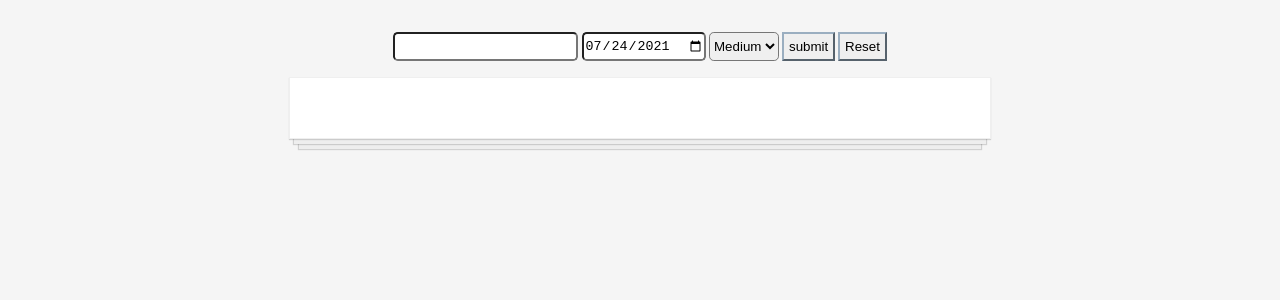
Repository: 0101chaitanya/react-todo
Page: /
An editor plug-in stored every save of this project. The page is shown before and after a run of saves, followed by the edit.
The browser window is 1280 px wide. The pictures show the whole page.
The project was rebuilt for these pictures with package versions that can differ from the ones it lists, and the page was loaded fresh each time. Also part of the build but not shown: src/components/TodoItem.js.

Above is the page before, as saved 2021-07-24 16:39:23.

### src/index.js
import React from "react";
import ReactDOM from "react-dom";
import "./index.css";
import App from "./App";
import reportWebVitals from "./reportWebVitals";
import css from "./App.css";

ReactDOM.render(
  <React.StrictMode>
    <App />
  </React.StrictMode>,
  document.getElementById("root")
);

// If you want to start measuring performance in your app, pass a function
// to log results (for example: reportWebVitals(console.log))
// or send to an analytics endpoint. Learn more: https://bit.ly/CRA-vitals
reportWebVitals();

### src/App.js
import React, { Component } from "react";
import TodoState from "./components/todoState";
import InputForm from "./components/InputForm";
import uniqid from "uniqid";
import { format } from "date-fns";
import css from "./App.css";
class App extends Component {
  constructor() {
    super();
    this.handleSubmit = this.handleSubmit.bind(this);
    this.state = {
      tasksArray: JSON.parse(localStorage.getItem("tasksArray")) ?? [],
    };
  }
  handleSubmit(e, input, context) {
    input.id = uniqid();

    e.preventDefault();
    this.setState(
      (prevState) => ({
        tasksArray: prevState.tasksArray.concat(input),
      }),
      () => {
        localStorage.setItem(
          "tasksArray",
          JSON.stringify(this.state.tasksArray)
        );
      }
    );

    console.log(this.state.tasksArray);
    //e.target.reset();
    e.target.submit();
  }

  render() {
    //localStorage.removeItem("tasksArray");
    //localStorage.clear();
    localStorage.setItem("tasksArray", JSON.stringify(this.state.tasksArray));
    console.log(this.state.tasksArray);

    //console.log(JSON.parse(localStorage.getItem("tasksArray")));
    return (
      <div>
        <InputForm
          className="input-form"
          //item={this.cache}
          //handleNoSubmission={this.handleNoSubmission}
          handleSubmit={this.handleSubmit}
        />
        <TodoState tasksArray={this.state.tasksArray} />
      </div>
    );
  }
}

export default App;

### src/App.css
body {
  background-color: whitesmoke;
}

.todo-list {
  background-color: white;
  margin: auto;
  width: 50%;
  display: flex;
  flex-direction: column;
  align-items: center;
  border: 1px solid #efefef;
  box-shadow:
    /* The top layer shadow */ 0 1px 1px rgba(0, 0, 0, 0.15),
    /* The second layer */ 0 10px 0 -5px #eee,
    /* The second layer shadow */ 0 10px 1px -4px rgba(0, 0, 0, 0.15),
    /* The third layer */ 0 20px 0 -10px #eee,
    /* The third layer shadow */ 0 20px 1px -9px rgba(0, 0, 0, 0.15);
  padding: 30px;
}

.todo-item {
  display: flex;
  justify-content: flex-start;
  align-items: center;
  padding: 30px 20px 0;
  width: 70%;
  border-bottom: 1px solid #cecece;
  font-family: Roboto, sans-serif;
  font-weight: 100;
  font-size: 15px;
  color: #333333;
}

input[type="checkbox"] {
  margin-right: 10px;
  font-size: 30px;
}

input[type="checkbox"]:focus {
  outline: 0;
}

.input-form {
  font-size: 1.2rem;
  display: grid;
  justify-content: center;
  position: relative;
  top: 2rem;
  margin-bottom: 3rem;
  grid-auto-flow: column;
  grid-gap: 0.2rem;
}
.input-form > * {
  border-radius: 0.3rem;
}
button,
input[type="submit"],
input[type="reset"] {
  padding: 0.3rem;
  border-color: rgb(154, 174, 192);
}

### src/components/todoState.js
import React from "react";
import TodoItem from "./TodoItem";
import css from "../App.css";
class TodoState extends React.Component {
  constructor(props) {
    super(props);
    this.state = {
      todos: this.props.tasksArray || [],
    };
    this.handleChange = this.handleChange.bind(this);
    //this.handleSubmit = this.handleSubmit.bind(this);
    this.deleteTask = this.deleteTask.bind(this);
    this.callSubmit = this.callSubmit.bind(this);
  }
  callSubmit(e, id, sentState) {
    this.setState(
      (prevState) => {
        const newTd = prevState.todos.map((todo) => {
          if (todo.id === id) {
            todo = sentState;
            return todo;
          } else {
            return todo;
          }
        });
        console.log(newTd);

        return {
          todos: newTd,
        };
      },
      (e) =>
        localStorage.setItem("tasksArray", JSON.stringify(this.state.todos))
    );
  }

  deleteTask(e, id) {
    this.setState(
      (prevState) => {
        const newTd = prevState.todos.filter((todo) => {
          return todo.id === id ? false : todo;
        });
        console.log(newTd);

        return {
          todos: newTd,
        };
      },
      (e) =>
        localStorage.setItem("tasksArray", JSON.stringify(this.state.todos))
    );
  }
  handleChange(id) {
    this.setState(
      (prevState) => {
        const newTodos = prevState.todos.map((todo) => {
          if (todo.id === id) {
            return {
              ...todo,
              completed: !todo.completed,
            };
          }
          return todo;
        });
        return {
          todos: newTodos,
        };
      },
      (e) =>
        localStorage.setItem("tasksArray", JSON.stringify(this.state.todos))
    );
  }
  render() {
    const todoItems = this.state.todos.map((item) => (
      <TodoItem
        key={item.id}
        item={item}
        callSubmit={this.callSubmit}
        deleteTask={this.deleteTask}
        handleChange={this.handleChange}
      />
    ));

    return (
      <div>
        <div className="todo-list">{todoItems}</div>
      </div>
    );
  }
}

export default TodoState;

### src/components/InputForm.js
import React from "react";
import uniqid from "uniqid";
import parseISO from "date-fns/parseISO";
import differenceInDays from "date-fns/differenceInDays";
import { format } from "date-fns";

class InputForm extends React.Component {
  constructor(props) {
    super(props);
    this.state = this.props.item || {
      description: "",
      date: format(new Date(), "yyyy-MM-dd"),
      priority: "medium",
      completed: false,
    };
    this.handleChange = this.handleChange.bind(this);
  }

  handleChange(e) {
    const { name, value } = e.target;
    this.setState({
      ...this.state,

      [name]: value,
    });
  }

  render() {
    const bin = this.props.item;

    return (
      <form
        className="input-form"
        onSubmit={(e) => {
          this.props.handleSubmit(e, this.state, this);
          this.setState({
            description: "",
            date: format(new Date(), "yyyy-MM-dd"),
            priority: "medium",
            id: uniqid(),
            priorityTags: ["medium"],
            dateTags: [],
            completed: false,
          });
        }}
        onReset={(e) => {
          //e.preventDefault();
          this.setState({
            state: bin,
          });
        }}
      >
        <input
          onChange={this.handleChange}
          value={this.state.description}
          name="description"
          type="text"
          required
        />
        <input
          required
          onChange={this.handleChange}
          value={this.state.date}
          name="date"
          type="date"
        />
        <select
          onChange={this.handleChange}
          value={this.state.priority}
          name="priority"
          required
        >
          <option value="low">Low</option>
          <option value="medium">Medium</option>
          <option value="high">High</option>
        </select>

        <label>
          <input type="submit" value="submit" />
        </label>
        <label>
          <input type="reset" value="Reset" />
        </label>
      </form>
    );
  }
}
export default InputForm;

Loaded but not shown: public/index.html (common file); src/index.css (common file); src/reportWebVitals.js (common file)

After the next 6 saves:
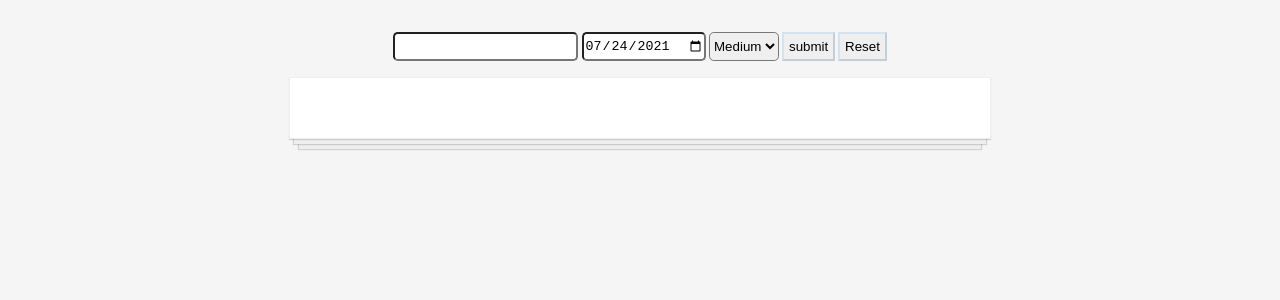
The 6 saves are shown as one change because they came seconds apart.
The last was saved 15 s later.
--- a/src/App.css
+++ b/src/App.css
@@ -58,5 +58,5 @@ button,
 input[type="submit"],
 input[type="reset"] {
   padding: 0.3rem;
-  border-color: rgb(154, 174, 192);
+  border-color: rgba(150, 202, 248, 0.301);
 }
